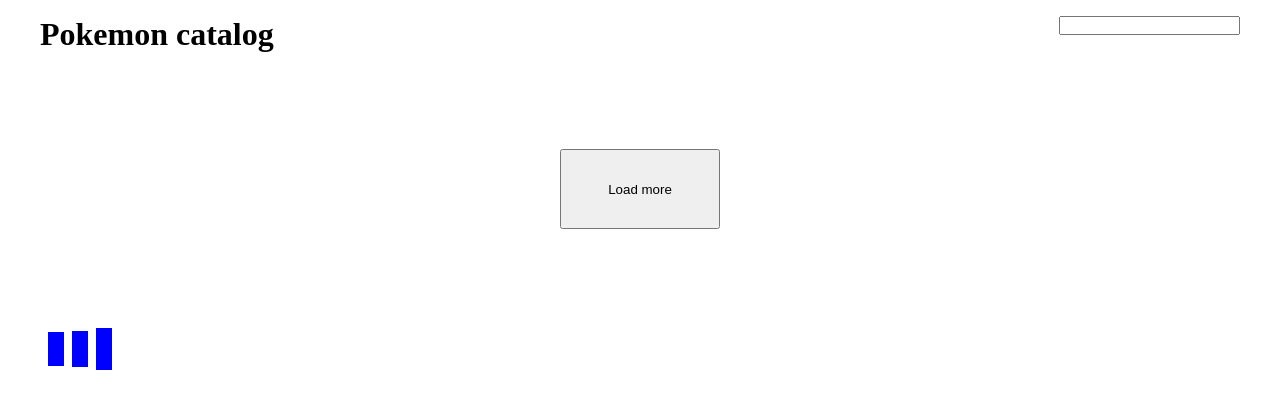
Repository: Ryszard-Penkala/pokemon-API
Page: index.html
The author's editor kept a copy of each file at every save. The page is drawn from the files as they stood at one save, then again after the next save.
The browser window is 1280 px wide. The pictures show the whole page.
The page's requests for data from a server got no answer.

Above is the page before, as saved 2020-06-28 07:54:14.

### index.html
<!DOCTYPE html>
<html lang="en">
<head>
    <meta charset="UTF-8">
    <meta name="viewport" content="width=device-width, initial-scale=1.0">
    <link href="https://fonts.googleapis.com/css2?family=Lato:wght@400;700&amp;display=swap" rel="stylesheet">
    <link rel="stylesheet" href="assets/styles/styles.css">
    <title>Pokemon API</title>
</head>
<body>
    <main class="pokemon-app">
        <header class="header-main pokemon-app__header">
            <div class="header-main__catalog">
                <h1 class="header-main__heading">Pokemon catalog</h1>
            </div>
            <div class="header-main__search-bar">
                <input class="header-main__searching header-main__searching--active" type="text">
            </div>
        </header>
        <section class="section-main pokemon-app__section" data-content>

        </section>
        <footer class="footer-main pokemon-app__footer">
            <div class="footer-main__load-bar">
                <button class="footer-main__load-button">Load more</button>
                <div class="footer-main__loader"><div></div><div></div><div></div></div>
            </div>

        </footer>
    </main>


    <script src="assets/js/script.js"></script>
    <script>
        const Catalog = new pokemonAPICatalog();
        Catalog.init();
    </script>
</body>
</html>

### assets/styles/styles.css
*, *::before, *::after{
    margin: 0;
    padding: 0;
    box-sizing: border-box;
}
.body{
    display: flex;
    font-family: "Lato", sans-serif;
}

.pokemon-app{
    max-width: 1200px;
    margin: 0 auto;
}

.header-main{
    display: flex;
    justify-content: space-between;
    padding: 1rem 0;
}

.header-mian__catalog{
    display: inline-block;
}

.header-main__search-bar{
    display: inline-block;
}

.section-main{
    display: grid;
    grid-gap: 25px;
    grid-template-columns: repeat(auto-fit, minmax(250px, 1fr));
}
.section-main__card{
    width: 250px;
}
.card__header{
    display: flex;
    justify-content: space-between;
    line-height: 24px;
}

.card__name{
    font-size: 24px;
}

.card__image{
    width: 250px;
}

.card--bold{
    font-weight: 700;
}

.footer-main__load-button{
  display: block;
  margin: 5rem auto;
  height: 5rem;
  width: 10rem;
}




.footer-main__loader {
    display: inline-block;
    position: relative;
    width: 80px;
    height: 80px;
  }
  .footer-main__loader div {
    display: inline-block;
    position: absolute;
    left: 8px;
    width: 16px;
    background: blue;
    animation: footer-main__loader 1.2s cubic-bezier(0, 0.5, 0.5, 1) infinite;
  }
  .footer-main__loader div:nth-child(1) {
    left: 8px;
    animation-delay: -0.24s;
  }
  .footer-main__loader div:nth-child(2) {
    left: 32px;
    animation-delay: -0.12s;
  }
  .footer-main__loader div:nth-child(3) {
    left: 56px;
    animation-delay: 0;
  }
  @keyframes footer-main__loader {
    0% {
      top: 8px;
      height: 64px;
    }
    50%, 100% {
      top: 24px;
      height: 32px;
    }
  }

### assets/js/script.js
class pokemonAPICatalog {
    constructor() {
        this.catalog = null;
        this.cards = [];
        this.page = 1;

        this.API = "https://api.pokemontcg.io";
        this.API_VERSION= "v1";
        this.API_RESOURCE = "cards?pageSize=4&page=2";
        this.API_PAGE_SIZE = "pageSize=4"
        this.API_PAGE = "page="

        this.API_ENDPOINT = `${this.API}/${this.API_VERSION}/${this.API_RESOURCE}?${this.API_PAGE_SIZE}&${this.API_PAGE}${this.page}`;

        this.UiSelectors = {
            content : `[data-content]`
        }
    }
    init(){
        this.catalog = document.querySelector(this.UiSelectors.content);
        this.pullCards();

    }

    async pullCards(){
        const { cards } = await this.fetchData(this.API_ENDPOINT)
        this.cards = [...cards];
        this.addCards(this.cards);
    }


    async fetchData(url){
        const response = await fetch(url);
        const parsedResponse = await response.json();

        return parsedResponse;
    }

    addCards(cards){
        this.cards.map(card => {
            this.catalog.insertAdjacentHTML("beforeend", this.drawCard(card))
        });
    }

    drawCard(card){
        return(
            `<span class="section-main__card">
                <header class="card__header">
                    <span class="card__name card--bold">${card.name}</span>
                    <span class="card__id">Nr: ${card.number}</span>
                </header>
                <img src=${card.imageUrl} class="card__image">
                <footer class="card_footer">
                    <div class="card__supertype">
                        <span class="card__supertype card--bold">Supertype : </span>
                        ${card.supertype}
                    </div>
                    <div class="card__subtype">
                        <span class="card__subtype card--bold">Subtype : </span>
                        ${card.subtype}
                    </div>
                    <div class="card__rarity">
                        <span class="card__rarity card--bold">Rarity : </span>
                        ${card.rarity}
                    </div>
                </footer>
            </span>`
        )
    }
}

After the next save:
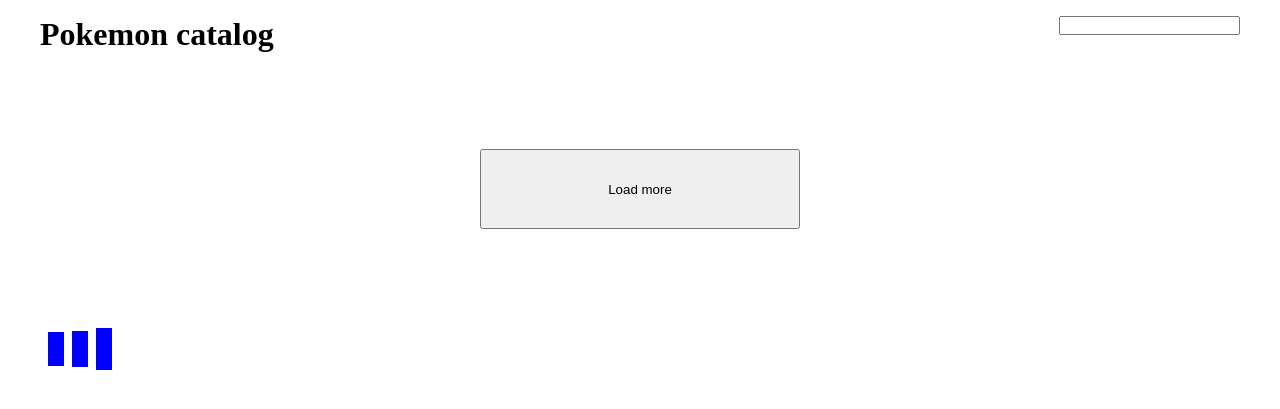
Saved 8 s later.
--- a/assets/styles/styles.css
+++ b/assets/styles/styles.css
@@ -57,7 +57,7 @@
   display: block;
   margin: 5rem auto;
   height: 5rem;
-  width: 10rem;
+  width: 20rem;
 }
 
 
